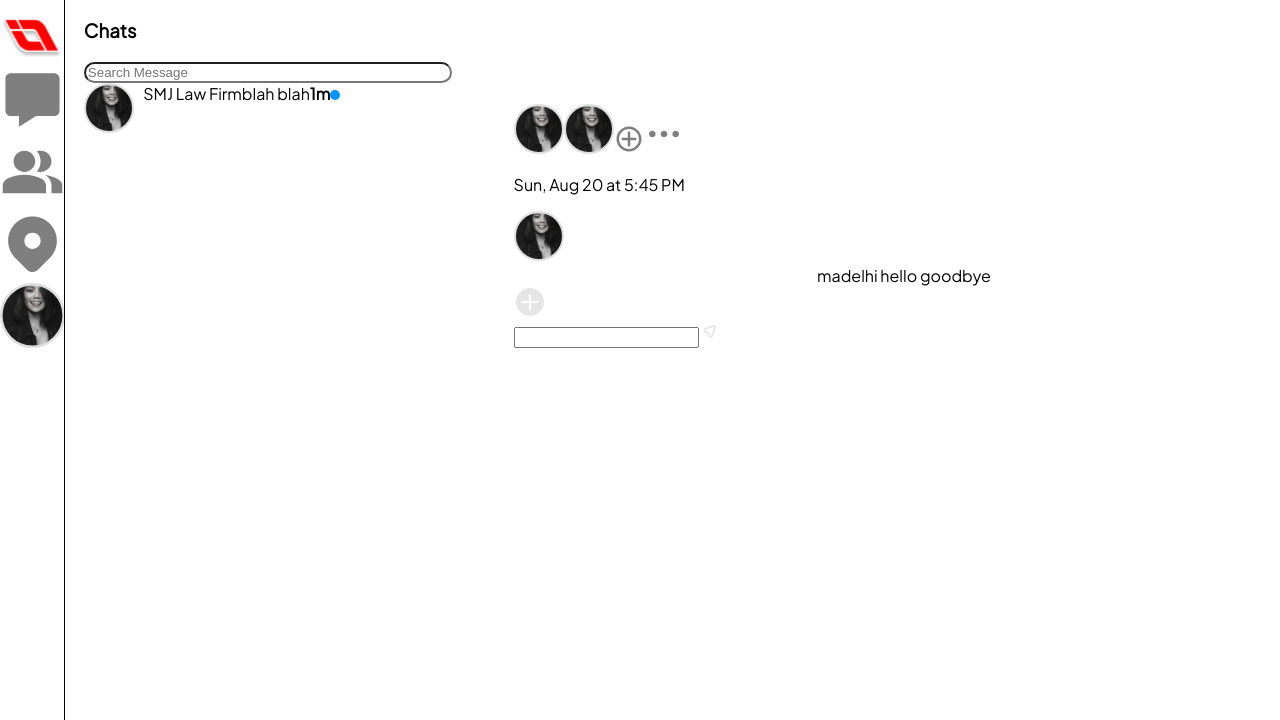
Repository: Nicktacku/LawChat
Page: /homechat (app in frontend/lawchat/)
These files come from the project's save history. The page is drawn as it stood at one moment and after the next save; the edit follows.
The browser window is 1280 px wide. The pictures show the whole page.
The project was rebuilt for these pictures with package versions that can differ from the ones it lists, and the page was loaded fresh each time. Also part of the build but not shown: frontend/lawchat/src/styles/button.css, frontend/lawchat/src/components/Button.js, frontend/lawchat/src/pages/Home.js, frontend/lawchat/src/pages/Login.js, frontend/lawchat/src/pages/Test.js.

Above is the page before, as saved 2024-08-15 14:34:20.

After the next save:
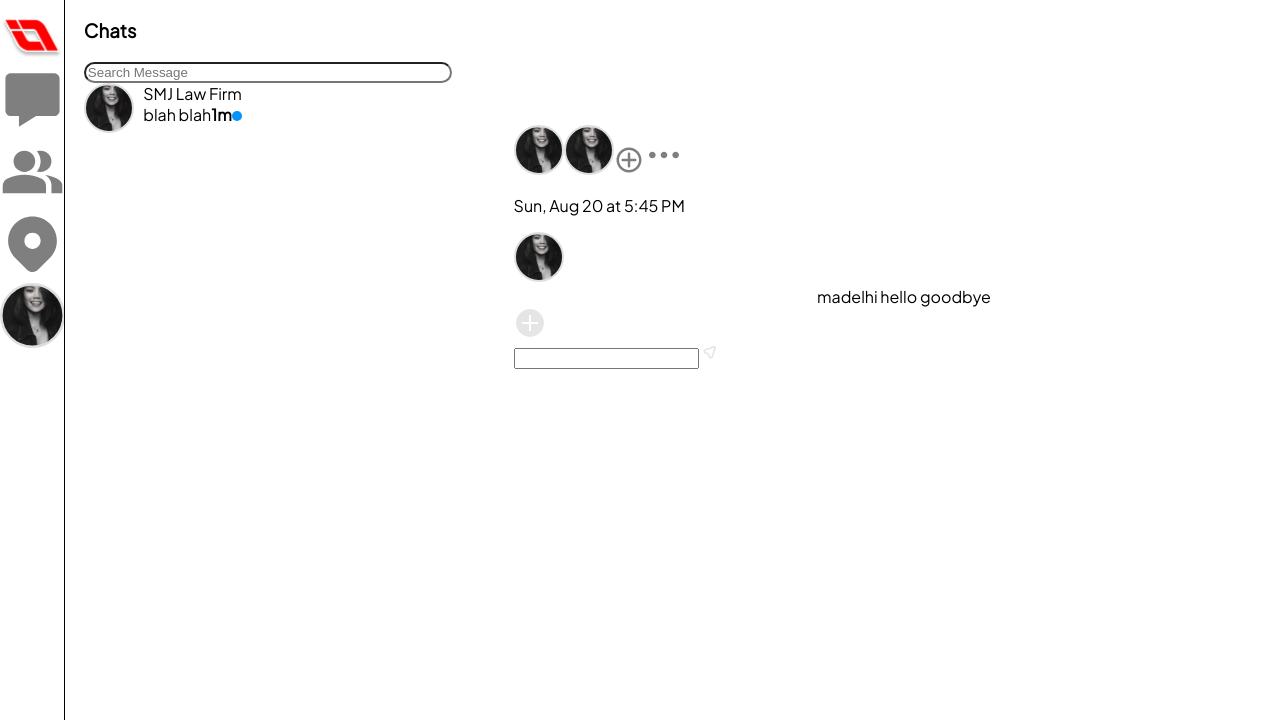
Saved 47 s later.
--- a/frontend/lawchat/src/components/ChatPreview.js
+++ b/frontend/lawchat/src/components/ChatPreview.js
@@ -11,7 +11,7 @@ function ChatPreview(props) {
         <img src={personaldp} />
       </div>
       <div className="body">
-        {props.name}
+        {props.name} <br />
         {props.preview}
         <b>1m</b>
         <img src={bluedot} />
